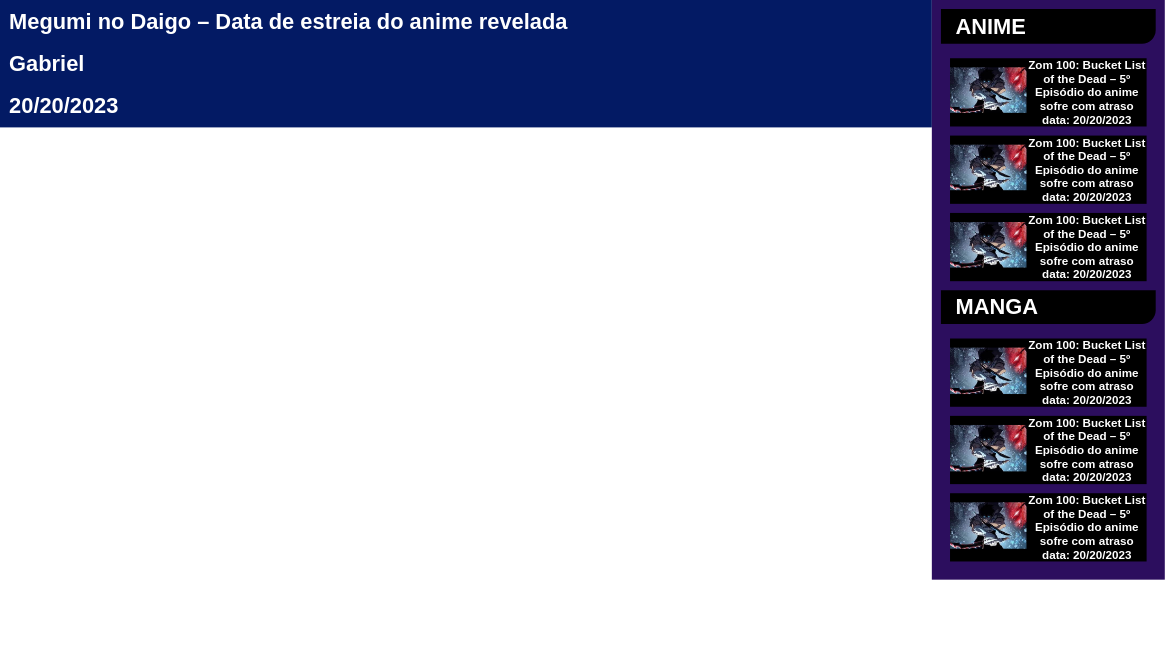
Repository: GabriellShi/blog-anime
Page: a-noticia.html
The author's editor kept a copy of each file at every save. The page is drawn from the files as they stood at one save, then again after a run of saves.
The browser window is 1280 px wide. The pictures show the whole page, at 91% of full size.

Above is the page before, as saved 2023-08-03 22:56:22.

After the next 8 saves:
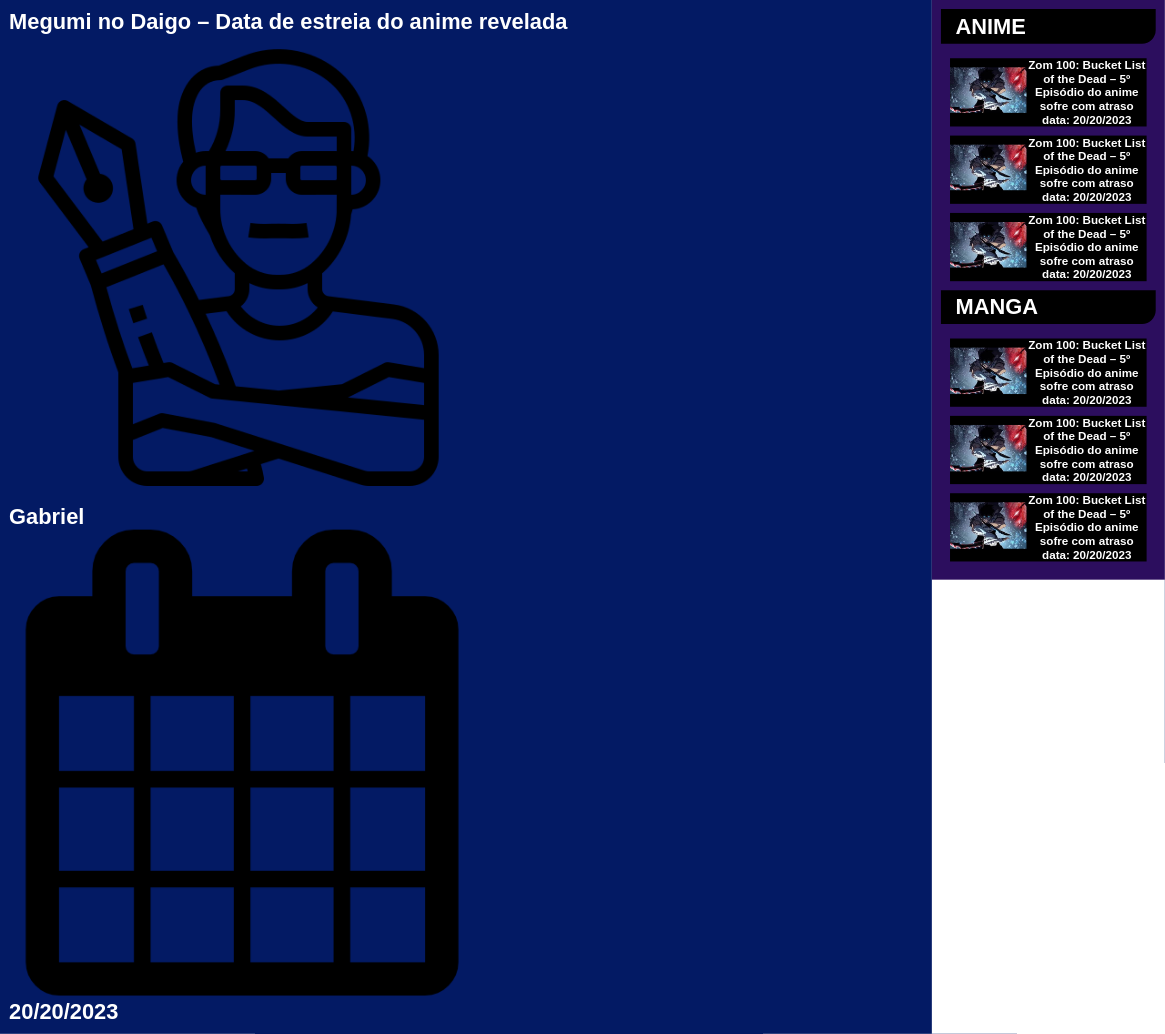
The 8 saves are shown as one change because they came seconds apart.
The last was saved 102 s later.
--- a/a-noticia.html
+++ b/a-noticia.html
@@ -12,11 +12,11 @@
 
         <div>
             <div>
-                <img src="" alt="">
+                <img src="/img/autor.png" alt="">
                 <h2>Gabriel</h2>
             </div>
             <div>
-                <img src="" alt="">
+                <img src="/img/data.png" alt="">
                 <h2>20/20/2023</h2>
             </div>
         </div>
